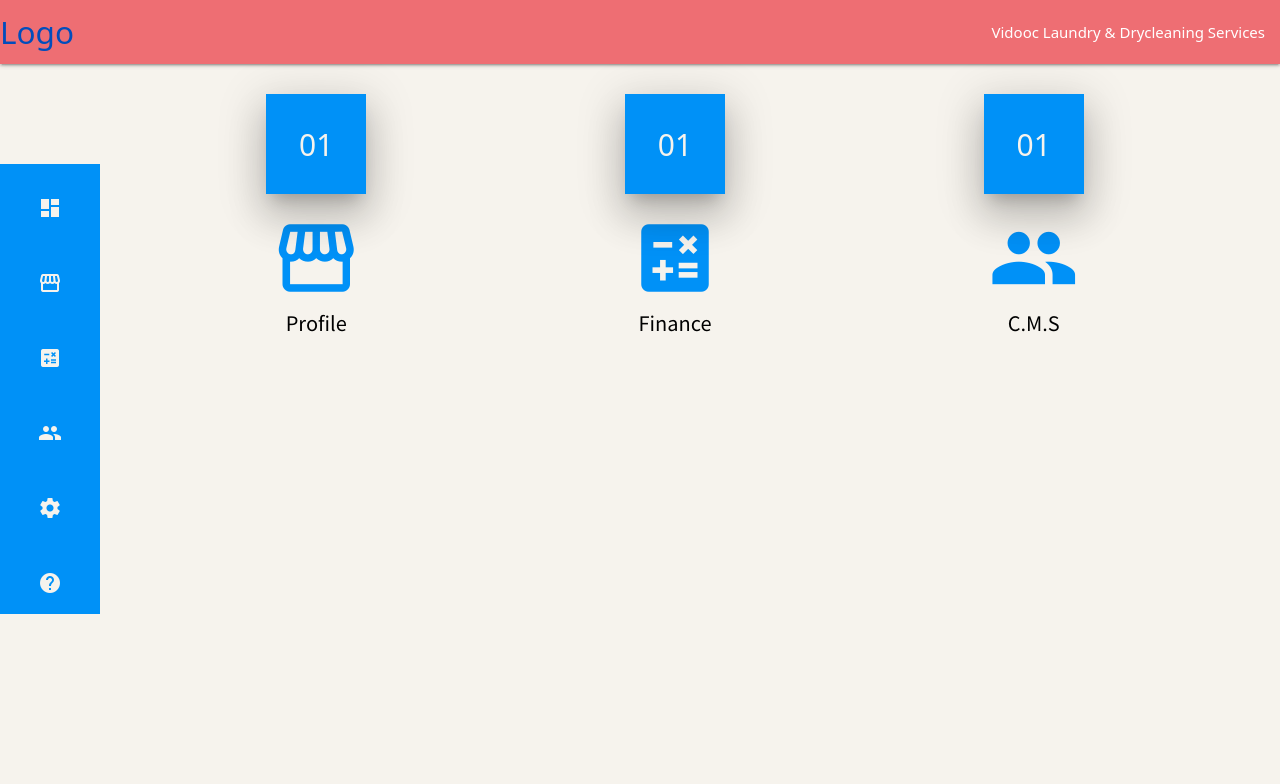
Repository: latenightsnacc/AllinOne
Page: Design/dashboard.html
An editor plug-in stored every save of this project. The page is shown before and after the next save, followed by the edit.
The browser window is 1280 px wide. The pictures show the whole page.
The style sheet was rebuilt from its Sass, Less or Tailwind sources for each picture, by a compiler version that may differ from the author's.

Above is the page before, as saved 2020-09-16 17:43:44.

### Design/dashboard.html
<!DOCTYPE html>
<html lang="en">
<head>
    <meta charset="UTF-8">
    <meta name="viewport" content="width=device-width, initial-scale=1.0">
    <!--Icons-->
    <link href="https://fonts.googleapis.com/icon?family=Material+Icons" rel="stylesheet">
    <!-- Compiled and minified CSS -->
    <link rel="stylesheet" href="https://cdnjs.cloudflare.com/ajax/libs/materialize/1.0.0/css/materialize.min.css">
    <link rel="stylesheet" href="https://stackpath.bootstrapcdn.com/bootstrap/5.0.0-alpha1/css/bootstrap.min.css" integrity="sha384-r4NyP46KrjDleawBgD5tp8Y7UzmLA05oM1iAEQ17CSuDqnUK2+k9luXQOfXJCJ4I" crossorigin="anonymous">
    <!--Custom css-->
    <link rel="stylesheet" href="sidebar.css">
    <title>Welcome Page</title>
</head>
<body>
    <div class="navbar-fixed">
        <nav>
          <div class="nav-wrapper">
            <a href="#!" class="brand-logo">Logo</a>
            <ul class="right">
              <li><a href="index.html">Vidooc Laundry & Drycleaning Services</a></li>
            </ul>
          </div>
        </nav>
    </div>
    <!--Sidebar-->
    <div class="side-bar">
        <ul>
          <li>
            <a href="#" class="sidebar-icon">
                <i class=" material-icons">dashboard</i>
            </a>

          </li>
          <li>
            <a href="#" class="sidebar-icon">
                <i class=" material-icons">storefront</i>
            </a>
          </li>
          <li>
            <a href="#" class="sidebar-icon">
                <i class=" material-icons">calculate</i>
            </a>
          </li>
          <li>
            <a href="#" class="sidebar-icon">
                <i class=" material-icons">people</i>
            </a>
          </li>
          <li>
            <a href="#" class="sidebar-icon">
                <i class=" material-icons">settings</i>
            </a>
          </li>
          <li>
            <a href="#" class="sidebar-icon">
                <i class=" material-icons">help</i>
            </a>
          </li>
        </ul>
    </div>

    <div class="wrapper" >
        <div class="content ">
            <!-- <div class="container">
                <div class="welcome-box py-5 text-center">
                    <h1 class="biz-title">Vidooc Laundry</h1>
                </div>
            </div> -->
            <!--Row-->
            <div class="container">
                <div class="row ml-5  py-5">
                    <div class="col-xs-12 col-sm-12 col-md-4 col-lg-4 col-xl-4 col-xxl-4">
                        <a href="#">
                            <div class="cardNew  greyBs my-5 ">
                                <div class="card-top z-depth-5">
                                    01
                                </div>
                                <div class="card-content">
                                    <div class="card-icon">
                                        <i class="large material-icons">storefront</i>
                                    </div>
                                    <div class="card-title text-center">Profile</div>

                                </div>
                            </div>
                        </a>
                    </div>
                    <div class="col-xs-12 col-sm-12 col-md-4 col-lg-4 col-xl-4 col-xxl-4">
                        <a href="#">
                            <div class="cardNew my-5 greyBs">
                                <div class="card-top z-depth-5">
                                    01
                                </div>
                                <div class="card-content">
                                    <div class="card-icon">
                                        <i class="large material-icons">calculate</i>
                                    </div>
                                    <div class="card-title text-center">Finance</div>

                                </div>
                            </div>
                        </a>
                    </div>
                    <div class="col-xs-12 col-sm-12 col-md-4 col-lg-4 col-xl-4 col-xxl-4">
                        <a href="#">
                            <div class="cardNew my-5 greyBs">
                                <div class="card-top z-depth-5">
                                    01
                                </div>
                                <div class="card-content">
                                    <div class="card-icon">
                                        <i class="large material-icons">people</i>
                                    </div>
                                    <div class="card-title text-center">C.M.S</div>

                                </div>
                            </div>
                        </a>
                    </div>
                </div>
            </div>
        </div>

    </div >

    <script src="https://cdn.jsdelivr.net/npm/popper.js@1.16.0/dist/umd/popper.min.js" integrity="sha384-Q6E9RHvbIyZFJoft+2mJbHaEWldlvI9IOYy5n3zV9zzTtmI3UksdQRVvoxMfooAo" crossorigin="anonymous"></script>
    <script src="https://stackpath.bootstrapcdn.com/bootstrap/5.0.0-alpha1/js/bootstrap.min.js" integrity="sha384-oesi62hOLfzrys4LxRF63OJCXdXDipiYWBnvTl9Y9/TRlw5xlKIEHpNyvvDShgf/" crossorigin="anonymous"></script>
</body>
</html>

### Design/sidebar.scss
@import 'variables';

*{
    margin: 0;
    padding: 0;
    box-sizing: border-box;
    list-style: none;
    a {
        text-decoration: none;

    }
    &:before,&:after {
        box-sizing: border-box;
    }
    :after {
        content: "";
    }
}

body, html {
    background: $grey;
    overflow-x: hidden;
}
.wrapper {
    min-height:100vh;
    margin-left: 100px;

}
.cardNew{
    display: flex;
    flex-direction: column;
    align-items: center;
    justify-content: center;
    width: 250px;
    height: 250px;
    position: relative;
    background-color: $grey;


    .card-content{
        color: $blue2;

    }

    .card-top {
        position: absolute;
        top:-60px;
        left: 75px;
        width: 100px;
        height: 100px;
        background-color: $blue2;
        display: flex;
        align-items: center;
        justify-content: center;
        font-size: 30px;
        color: $grey;


    }

    &:hover {
        box-shadow: $bsGrey;
        border-radius: $borderR;
    }

}
.card-title {
    font-family: $fontNoto;
    font-size: 20px;
    color: black;
}
.biz-title {
    font-family: $fontNoto;
    font-size: 50px;
    color: $blue2;
}

a.sidebar-icon {
    color: $grey;
    font-size: 50px;
}
.side-bar {
    float: left;
	position: fixed;
	top: 200;
    left: 0;
    background: transparent;
    margin-top: 100px;
}

.side-bar ul {
	text-align: center;
}

.side-bar ul li {
	position: relative;
  width: 100px;
  cursor: pointer;
	background: $blue2;
	text-transform: uppercase;
	transition:all .4s ease-out;
}

.side-bar ul li:after {
	position: absolute;
	background: $grey;
	color: $blue2;
	top:0;
	left: 100px;
	width: 100px; height: 100%;
  opacity:.5;
  transform: perspective(400px) rotateY(90deg);
	transform-origin: 0 100%;
	transition:all .4s ease-out;
}

.side-bar ul li:nth-child(1):after {
    display: flex;
    align-items: center;
    justify-content: center;
    content: "Dashboard";
	line-height: 88px;
}
.side-bar ul li:nth-child(2):after {
    content: "Profile";
    display: flex;
    align-items: center;
    justify-content: center;
	line-height: 88px;
}
.side-bar ul li:nth-child(3):after {
    display: flex;
    align-items: center;
    justify-content: center;
	content: "Finance";
	line-height: 85px;
}
.side-bar ul li:nth-child(4):after {
    display: flex;
    align-items: center;
    justify-content: center;
	content: "CMS";
	line-height: 70px;
}
.side-bar ul li:nth-child(5):after {
    display: flex;
    align-items: center;
    justify-content: center;
	content: "Settings";
	line-height: 70px;
}
.side-bar ul li:nth-child(6):after {
    display: flex;
    align-items: center;
    justify-content: center;
	content: "Help";
	line-height: 70px;
}

.side-bar ul li:hover {
	transform: translateX(-100px);
}

.side-bar ul li:hover:after {
  opacity: 1;
	transform: perspective(400px) rotateY(0deg) scale(1) ;
}


.side-bar ul li > div {
	display: inline-block;
	padding: 25px 0;
	background: transparent;
}

.side-bar ul li div { position: relative; }

### Design/_variables.scss
@import url('https://fonts.googleapis.com/css2?family=Roboto+Mono&display=swap');
@import url('https://fonts.googleapis.com/css2?family=Noto+Sans+HK:wght@100;400&display=swap');

$fontRoboto: 'Roboto Mono', monospace;
$fontNoto: 'Noto Sans HK', sans-serif;
$blue: #55b9f3;
$blue2: #0091f7;
$white: #fff;
// $grey: #bdcfe5;
$grey: #f6f3ed;
$borderR: 50px;
$dark: black;
$Brb: 50px;
$bsGrey:  -30px -30px 60px #d1cfc9,
30px 30px 60px #ffffff;
$bsBlue:  -30px -30px 60px #489dcf,
30px 30px 60px #62d5ff;;

After the next save:
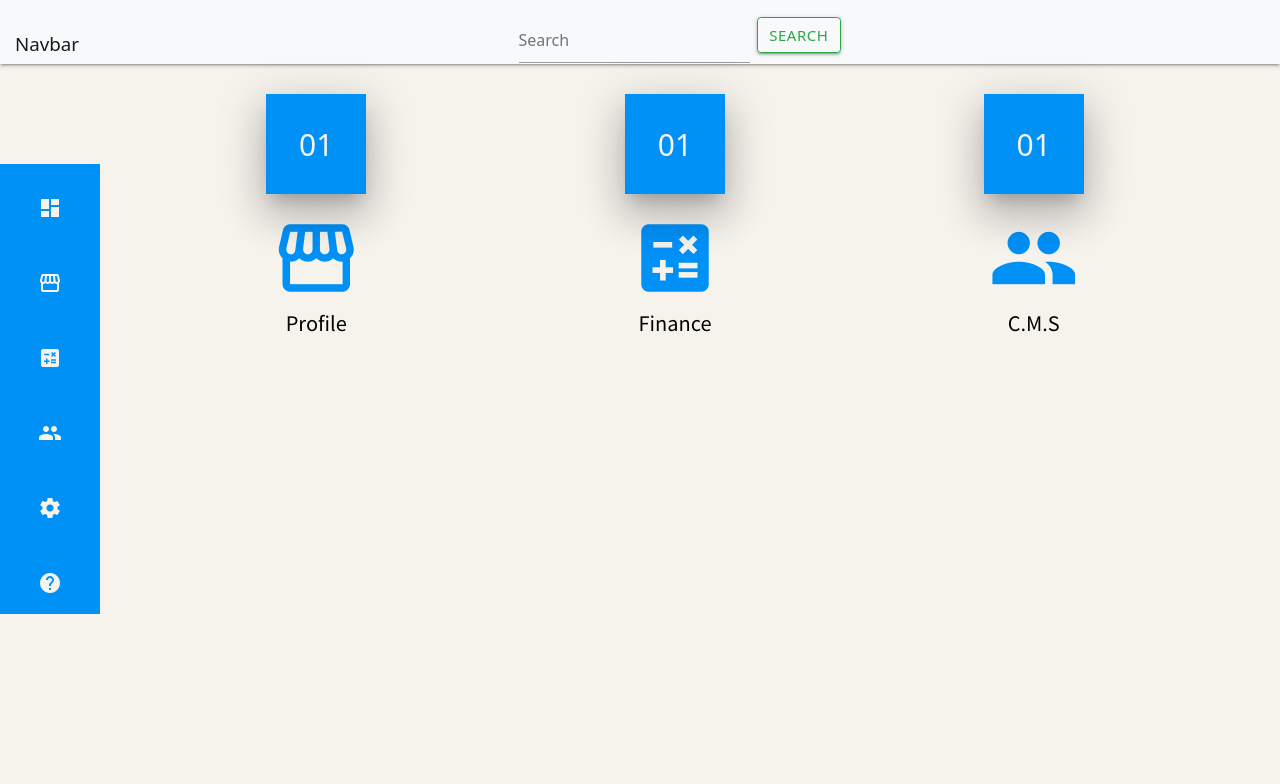
Saved 15 h 25 min later.
--- a/Design/dashboard.html
+++ b/Design/dashboard.html
@@ -13,7 +13,17 @@
     <title>Welcome Page</title>
 </head>
 <body>
-    <div class="navbar-fixed">
+    <!--Navbar-->
+    <nav class="navbar navbar-light bg-light">
+        <div class="container-fluid">
+          <a class="navbar-brand">Navbar</a>
+          <form class="d-flex">
+            <input class="form-control mr-2" type="search" placeholder="Search" aria-label="Search">
+            <button class="btn btn-outline-success" type="submit">Search</button>
+          </form>
+        </div>
+    </nav>
+    <!-- <div class="navbar-fixed">
         <nav>
           <div class="nav-wrapper">
             <a href="#!" class="brand-logo">Logo</a>
@@ -22,7 +32,7 @@
             </ul>
           </div>
         </nav>
-    </div>
+    </div> -->
     <!--Sidebar-->
     <div class="side-bar">
         <ul>
